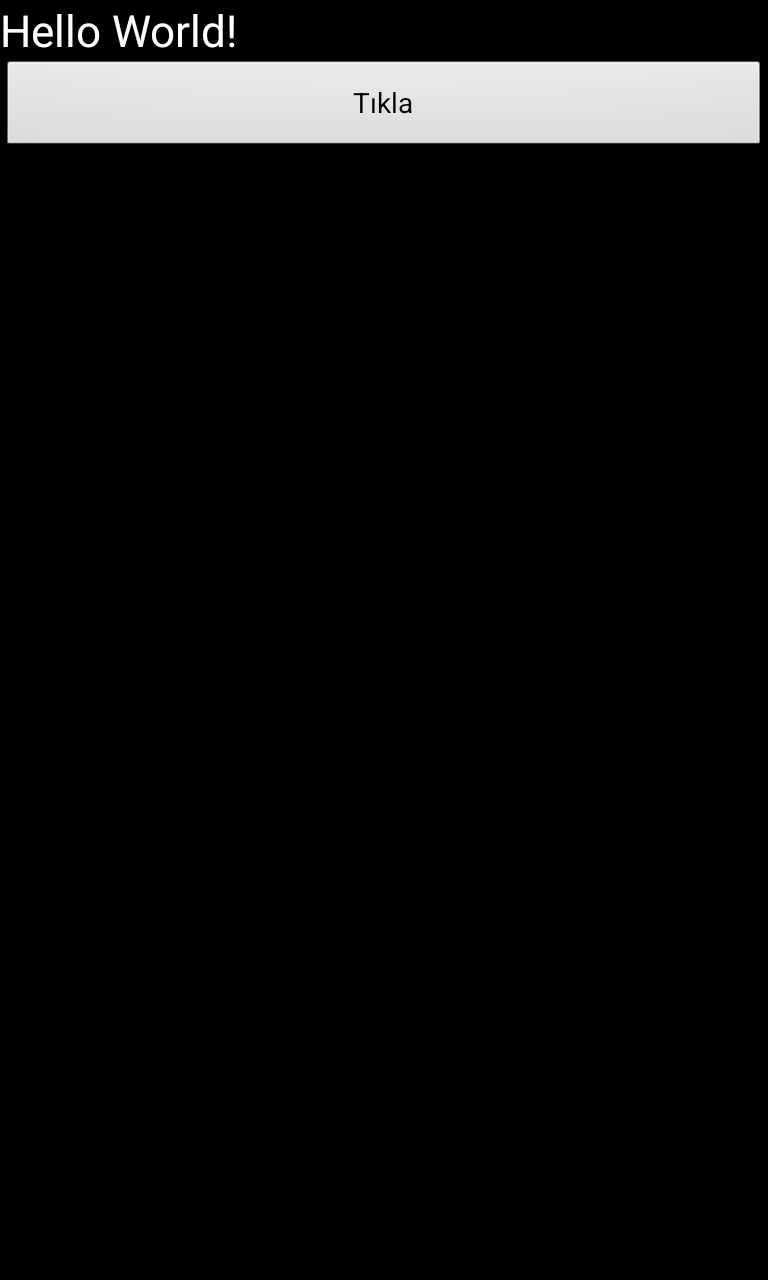
Repository: gceylan/pro-lang
Layout: android/HelloAndroid/res/layout/main.xml
An editor plug-in stored every save of this project. The layout is shown before and after the next save, followed by the edit.
It is drawn on a 768 x 1280 px phone screen (xhdpi) without system bars, with theme android:Theme; the app's code is not run.

Above is the layout before, as saved 2012-06-21 20:19:49.

After the next save:
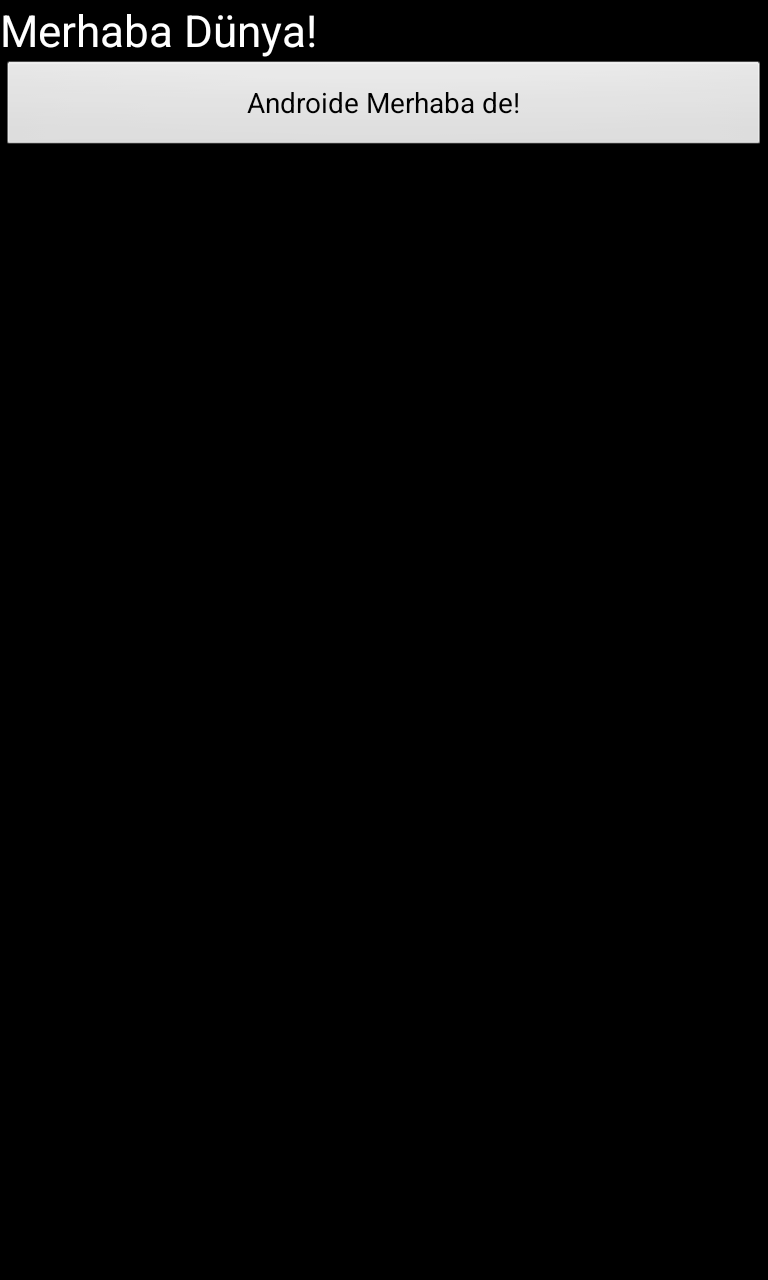
Saved 11 s later.
--- a/android/HelloAndroid/res/layout/main.xml
+++ b/android/HelloAndroid/res/layout/main.xml
@@ -8,13 +8,13 @@
         android:id="@+id/aciklama"
         android:layout_width="match_parent"
         android:layout_height="wrap_content"
-        android:text="Hello World!"
+        android:text="Merhaba Dünya!"
         android:textAppearance="?android:attr/textAppearanceLarge" />
 
     <Button
         android:id="@+id/button"
         android:layout_width="match_parent"
         android:layout_height="wrap_content"
-        android:text="Tıkla" />
+        android:text="Androide Merhaba de!" />
 
 </LinearLayout>
